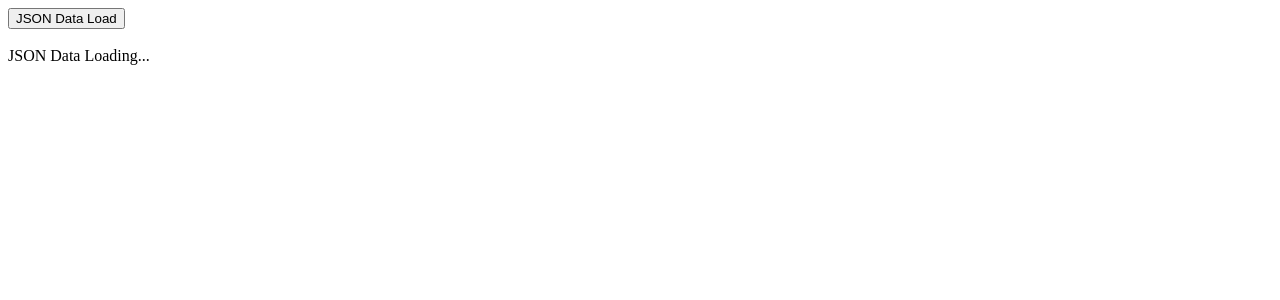
Repository: l3asic/TeamC
Page: 09.jQuery/WebContent/jq09.html
These files come from the project's save history. The page is drawn as it stood at one moment and after the next save; the edit follows.
The browser window is 1280 px wide. The pictures show the whole page.
After loading, the first visible `#btn` was clicked once.

Above is the page before, as saved 2021-12-09 06:42:00.

### 09.jQuery/WebContent/jq09.html
<!DOCTYPE html>
<html>
<head>
<meta charset="UTF-8">
<title>jQuery09</title>
<script type="text/javascript" src="https://code.jquery.com/jquery-3.6.0.min.js"></script>
<script type="text/javascript" src="jquery/jquery-3.6.0.js"></script>
<script type="text/javascript">
$(document).ready(function(){
	$("#btn").click(function(){
		$.ajax({
			dataType : "json",
			url : "member.json",
			success : function(data){ resultHtml(data); },
			error : function(){ alert("로딩실패!"); }
		});	//ajax()
	});	//click()
});	//ready()

function resultHtml(data){
	alert("로딩성공!");
}
</script>
</head>
<body>
<button id="btn">JSON Data Load</button>
<br/><br/>

<div id="display">
JSON Data Loading...
</div>
</body>
</html>

### 09.jQuery/WebContent/member.json
[
	{
		"num" : 10,
		"name" : "홍길동",
		"age" : 30,
		"addr" : "광주시 서구 농성동",
		"tel" : "010-1111-1111"
	},

	{
		"num" : 20,
		"name" : "김길동",
		"age" : 25,
		"addr" : "광주시 남구 봉선동",
		"tel" : "010-2222-2222"
	},

	{
		"num" : 30,
		"name" : "나길동",
		"age" : 35,
		"addr" : "광주시 북구 용봉동",
		"tel" : "010-3333-3333"
	}
]

Loaded but not shown: 09.jQuery/WebContent/jquery/jquery-3.6.0.js (library)

After the next save:
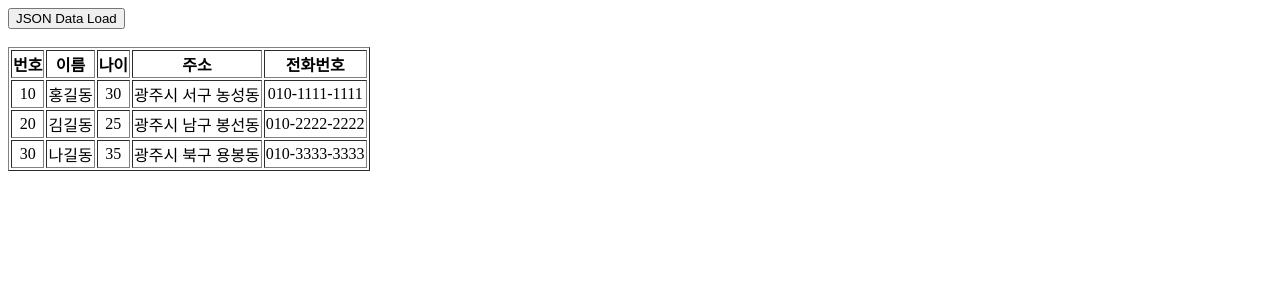
Saved 2 min 31 s later.
--- a/09.jQuery/WebContent/jq09.html
+++ b/09.jQuery/WebContent/jq09.html
@@ -18,8 +18,24 @@ $(document).ready(function(){
 });	//ready()
 
 function resultHtml(data){
-	alert("로딩성공!");
-}
+	//alert("로딩성공!");
+	var html = "<table border='1'>";
+	html += "<tr><th>번호</th><th>이름</th><th>나이</th>";
+	html += "<th>주소</th><th>전화번호</th></tr>";
+
+	$.each(data, function(key, value){
+		html += "<tr align='center'>";
+		html += "<td>" + value.num + "</td>";
+		html += "<td>" + value.name + "</td>";
+		html += "<td>" + value.age + "</td>";
+		html += "<td>" + value.addr + "</td>";
+		html += "<td>" + value.tel + "</td>";
+		html += "</tr>";
+	});	//each()
+
+	html += "</table>";
+	$("#display").html(html);
+}//resultHtml()
 </script>
 </head>
 <body>
